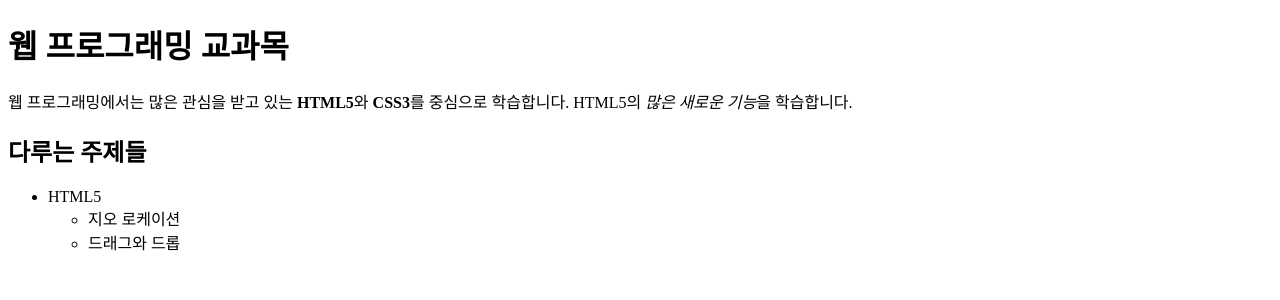
Repository: daehyeonhong/HTML
Page: exercise/WebContent/exercise0519/exercise013.html
The author's editor kept a copy of each file at every save. The page is drawn from the files as they stood at one save, then again after the next save.
The browser window is 1280 px wide. The pictures show the whole page.
Some web fonts or font styles are not loaded; a fallback is used.

Above is the page before, as saved 2020-05-19 11:27:18.

After the next save:
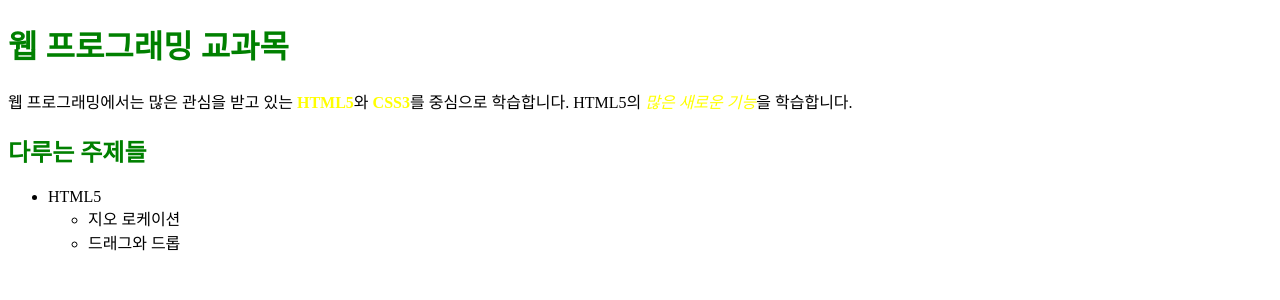
Saved 14 s later.
--- a/exercise/WebContent/exercise0519/css/exercise013.css
+++ b/exercise/WebContent/exercise0519/css/exercise013.css
@@ -9,11 +9,7 @@
 	font-style: normal;
 }
 
-@font-face {
-	font-family: 'Nanum Brush Script';
-	src: url(" https : // fonts.googleapis.com/ css2 ? family = Nanum + Brush +
-		Script & display = swap " rel=" stylesheet ")
-}
+
 
 .head {
 	font-family: kcc-eunyoung;

After the save that followed:
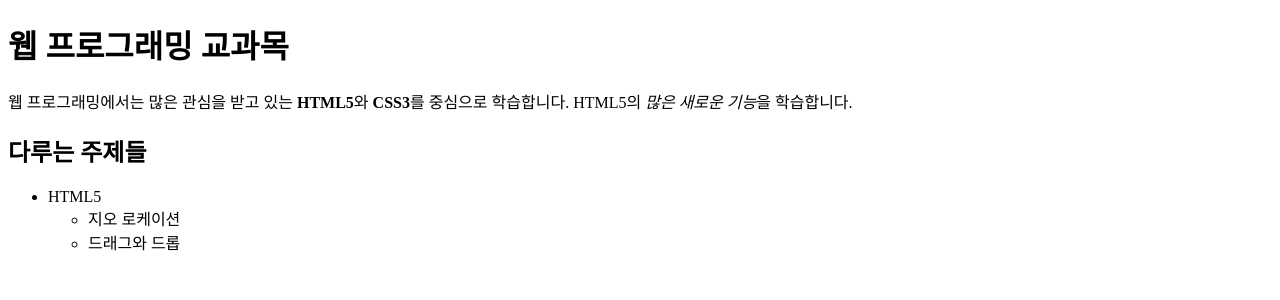
Saved 12 s later.
--- a/exercise/WebContent/exercise0519/css/exercise013.css
+++ b/exercise/WebContent/exercise0519/css/exercise013.css
@@ -7,6 +7,12 @@
 		format('woff');
 	font-weight: normal;
 	font-style: normal;
+
+
+	font-family: 'Nanum Brush Script', cursive;
+	src: url(" https : // fonts.googleapis.com/ css2 ? family = Nanum + Brush +
+		Script & display = swap " rel=" stylesheet ")
+
 }
 
 
